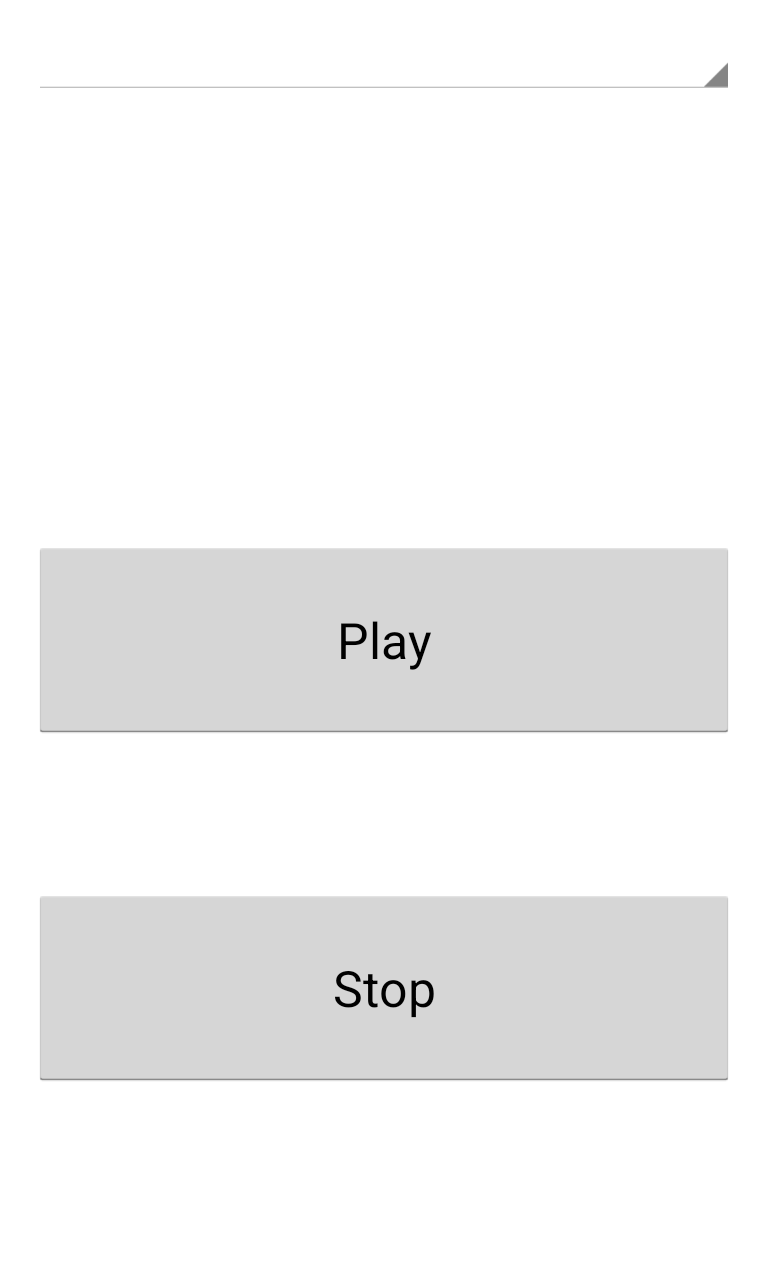
Repository: terumisuki/SlideShow.Remote.TCP_IP.Android
Layout: code/remoteControl/res/layout/activity_main.xml
These files come from the project's save history. The layout is drawn as it stood at one moment and after the next save; the edit follows.
It is drawn on a 768 x 1280 px phone screen (xhdpi) without system bars, with theme AppTheme; the app's code is not run.

Above is the layout before, as saved 2015-04-10 15:14:45.

### code/remoteControl/res/layout/activity_main.xml
<RelativeLayout xmlns:android="http://schemas.android.com/apk/res/android"
    xmlns:tools="http://schemas.android.com/tools"
    android:layout_width="match_parent"
    android:layout_height="match_parent"
    android:paddingBottom="@dimen/activity_vertical_margin"
    android:paddingLeft="@dimen/activity_horizontal_margin"
    android:paddingRight="@dimen/activity_horizontal_margin"
    android:paddingTop="@dimen/activity_vertical_margin"
    tools:context=".MainActivity" >
    <Spinner
        android:id="@+id/clientDeviceNameSpinner"
        android:layout_width="match_parent"
        android:layout_height="wrap_content"
        android:layout_alignParentLeft="true"
        android:layout_alignParentTop="true"
        android:textSize="25sp" />

    <Button
        android:id="@+id/btnStopSlideShow"
        android:layout_width="match_parent"
        android:layout_height="100dp"
        android:layout_alignLeft="@+id/btnPausePlay"
        android:layout_below="@+id/btnPausePlay"
        android:layout_marginTop="74dp"
        android:text="@string/button_stop_slide_show"
        android:textSize="25sp" />

    <Button
        android:id="@+id/btnPausePlay"
        android:layout_width="match_parent"
        android:layout_height="100dp"
        android:layout_alignLeft="@+id/clientDeviceNameSpinner"
        android:layout_centerVertical="true"
        android:text="@string/button_play_slide_show"
        android:textSize="25sp" />

</RelativeLayout>

### code/remoteControl/res/values/strings.xml
<?xml version="1.0" encoding="utf-8"?>
<resources>

    <string name="app_name">remote control</string>
    <string name="action_settings">Settings</string>
    <string name="hello_world">Hello world!</string>
    <string name="button_stop_slide_show">Stop</string>
    <string name="button_play_slide_show">Play</string>

</resources>

Loaded but not shown: code/remoteControl/res/values/styles.xml (common file); code/remoteControl/res/values-v11/styles.xml (common file); code/remoteControl/res/values-v14/styles.xml (common file); code/remoteControl/res/values/dimens.xml (common file)

After the next save:
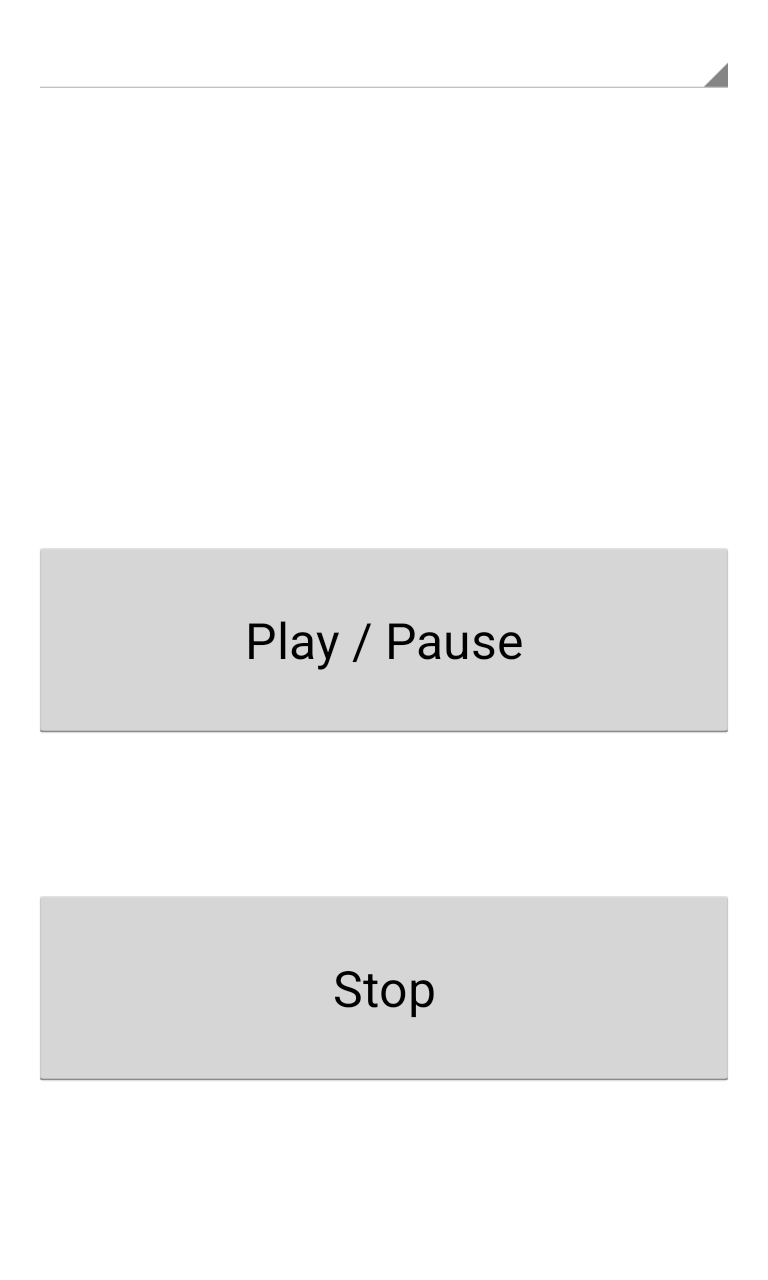
Saved 25 s later.
--- a/code/remoteControl/res/values/strings.xml
+++ b/code/remoteControl/res/values/strings.xml
@@ -5,6 +5,6 @@
     <string name="action_settings">Settings</string>
     <string name="hello_world">Hello world!</string>
     <string name="button_stop_slide_show">Stop</string>
-    <string name="button_play_slide_show">Play</string>
+    <string name="button_play_slide_show">Play / Pause</string>
 
 </resources>
